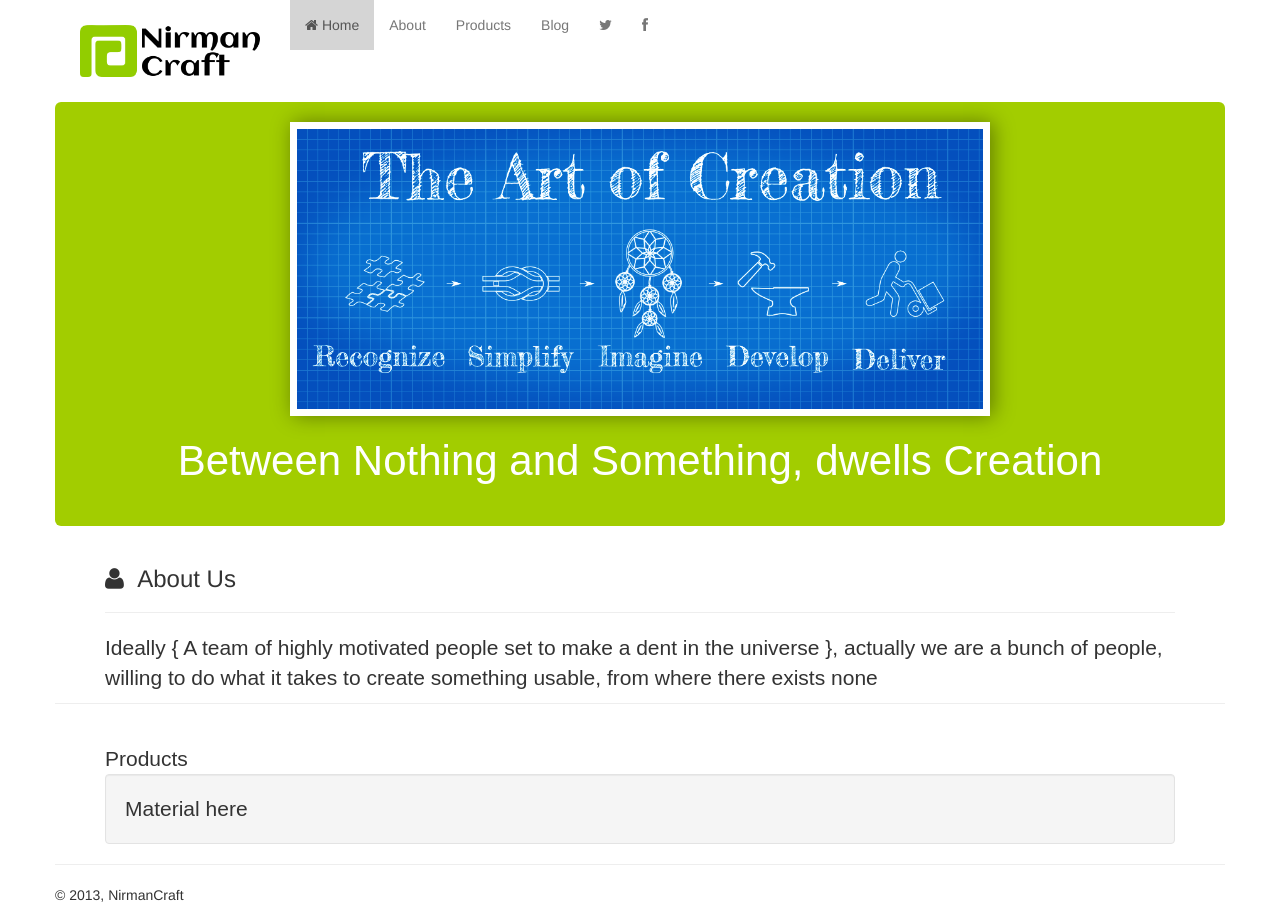
Repository: MeShreyas/NirmanCraftWebsite
Page: NirmanCraft/index.html
An editor plug-in stored every save of this project. The page is shown before and after the next save, followed by the edit.
The browser window is 1280 px wide. The pictures show the whole page.
Some web fonts or font styles are not loaded; a fallback is used.

Above is the page before, as saved 2013-10-07 12:37:08.
Console error: ReferenceError: jQuery is not defined

After the next save:
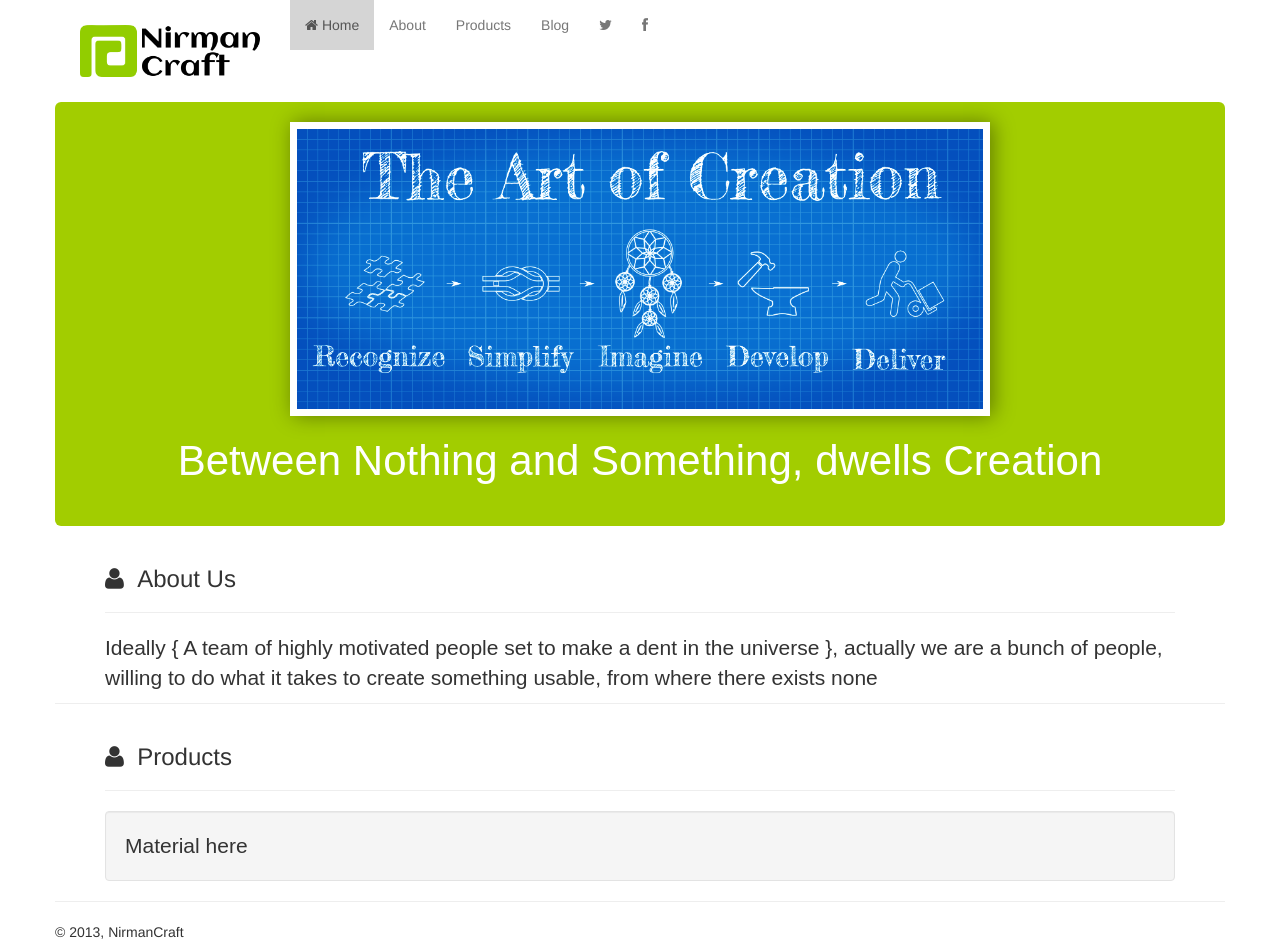
Saved 36 s later.
--- a/NirmanCraft/index.html
+++ b/NirmanCraft/index.html
@@ -85,7 +85,7 @@
 				</div>
 			</div>
 			<div class="page-header header-text" style="padding:0 50px">
-				Products
+				<h3><i class="icon-user"></i>&nbsp;&nbsp;Products</h3><hr>
 				<div class="well">
 					Material here
 				</div>
